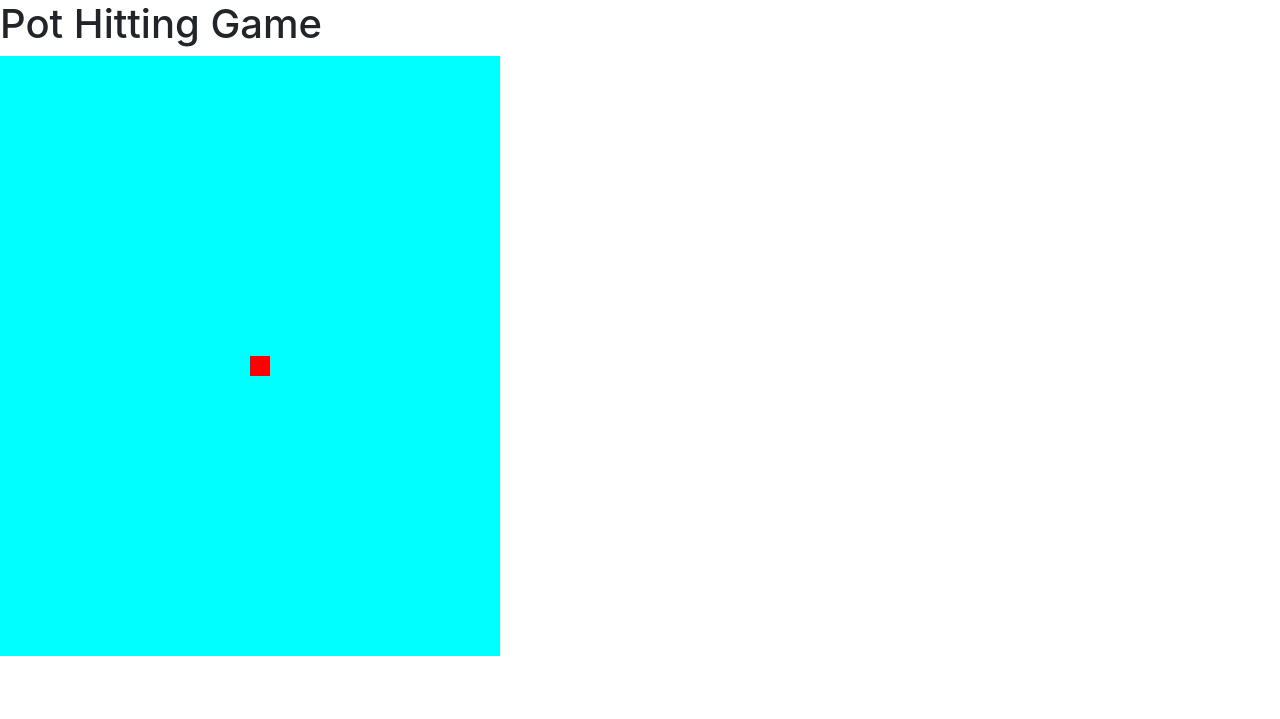
Repository: manojsatya/Web_development
Page: PotHitting_game/index.html
The author's editor kept a copy of each file at every save. The page is drawn from the files as they stood at one save, then again after the next save.
The browser window is 1280 px wide. The pictures show the whole page.

Above is the page before, as saved 2019-06-03 09:49:21.
Console error: TypeError: Cannot read properties of undefined (reading 'fn')

After the next save:
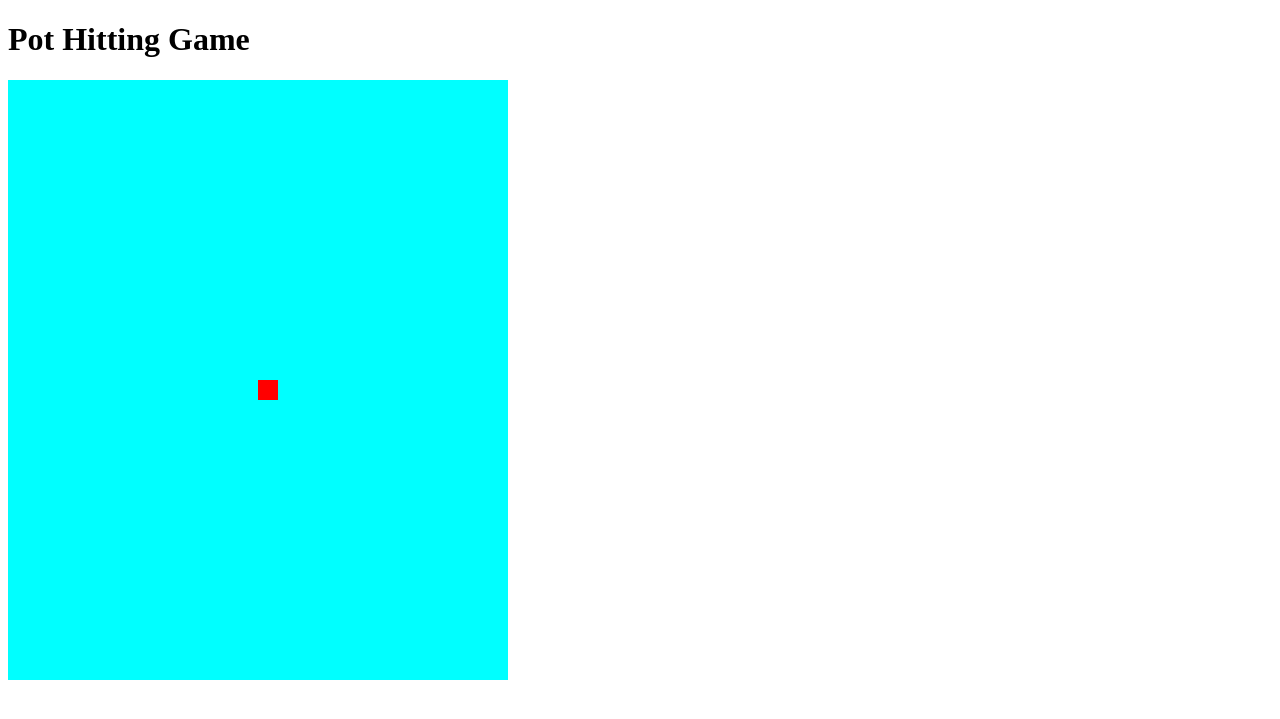
The error is gone.
Saved 38 s later.
--- a/PotHitting_game/index.html
+++ b/PotHitting_game/index.html
@@ -5,7 +5,7 @@
     <meta name="viewport" content="width=device-width, initial-scale=1.0">
     <meta http-equiv="X-UA-Compatible" content="ie=edge">
     <title>Pot Hitting Game</title>
-    <link rel="stylesheet" href="https://stackpath.bootstrapcdn.com/bootstrap/4.3.1/css/bootstrap.min.css">
+
     <link rel="stylesheet" href="potplay.css">
 </head>
 <body>
@@ -18,7 +18,7 @@
 
 
     <script src="potplay.js"></script>
-    <script src="https://stackpath.bootstrapcdn.com/bootstrap/4.3.1/js/bootstrap.min.js"></script>
+
 
 </body>
 </html>
